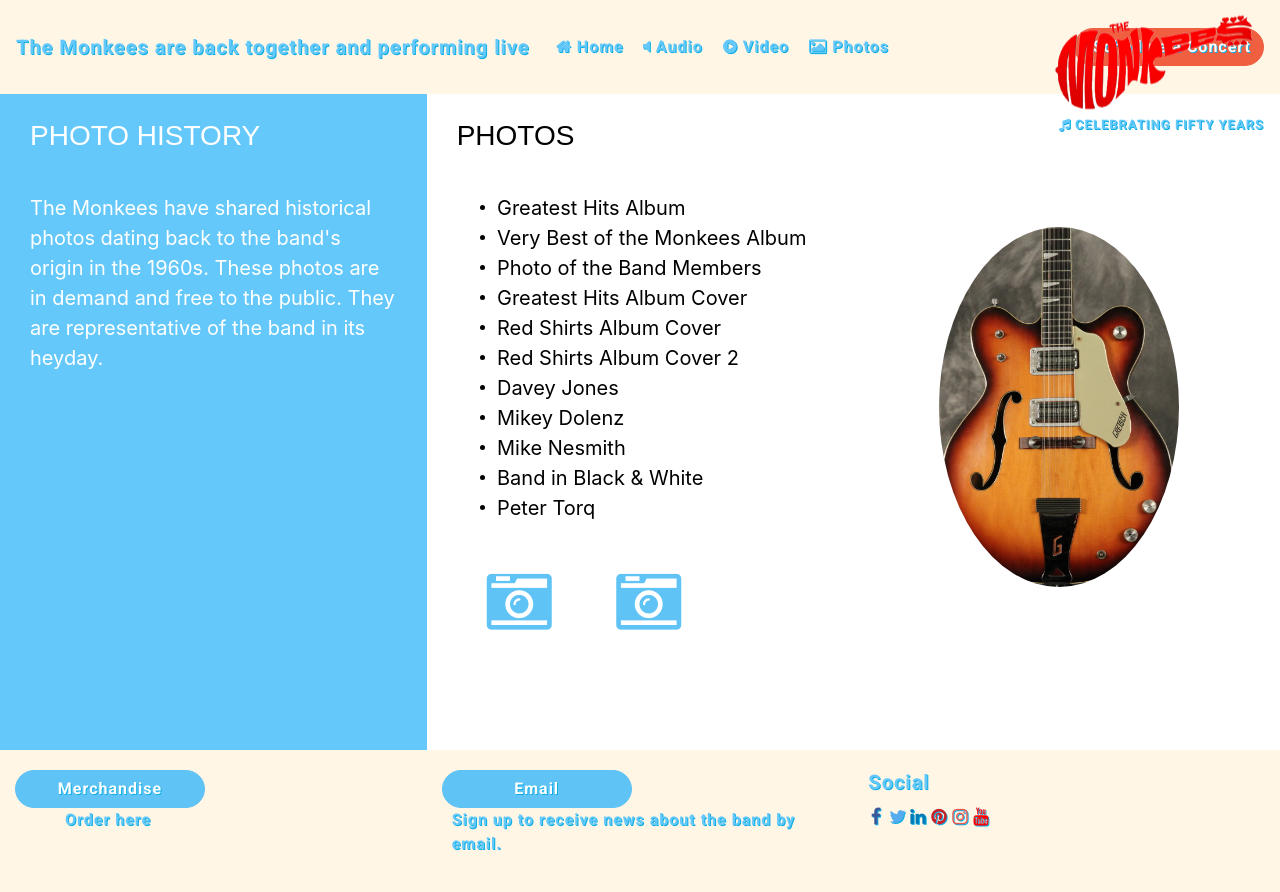
Repository: Code-Institute-Submissions/wpelizzoni-Milestone-Project-1
Page: photos.html
The author's editor kept a record of every edit. The page is drawn from the files as they stood at one moment, then again after the next edit.
The browser window is 1280 px wide. The pictures show the whole page.

Above is the page before.

After the next edit:
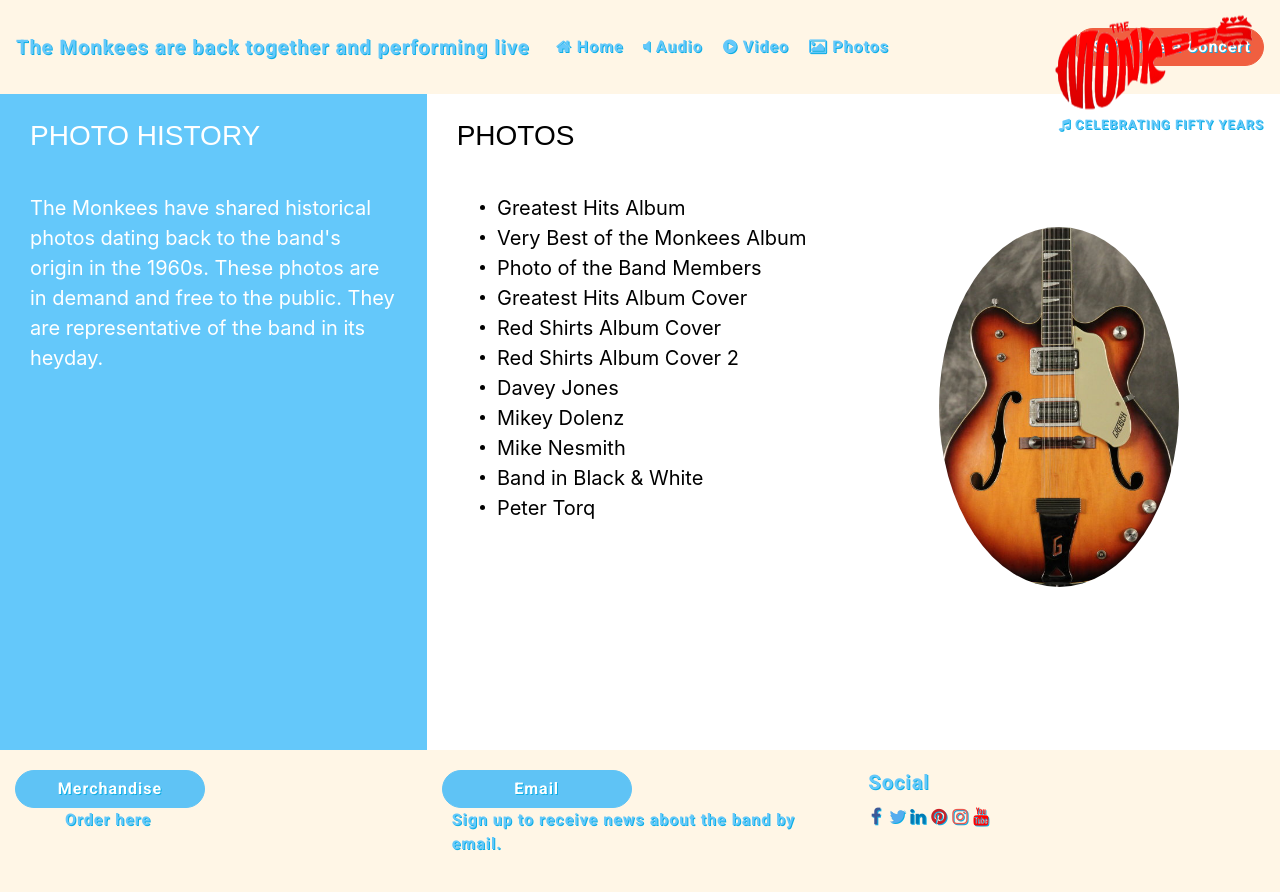
The edit:
--- a/photos.html
+++ b/photos.html
@@ -122,7 +122,7 @@
                         </ul>
 
 
-                        <div class="section-color-blue">
+                        <div class="d-block d-sm-none section-color-blue">
                             <i class="fa fa-camera-retro " style="font-size: 65px; padding: 30px; color: #5fc3f5 " aria-hidden="true "></i>
                             <i class="fa fa-camera-retro " style="font-size: 65px; padding: 30px; color: #5fc3f5 " aria-hidden="true "></i>
                         </div>
